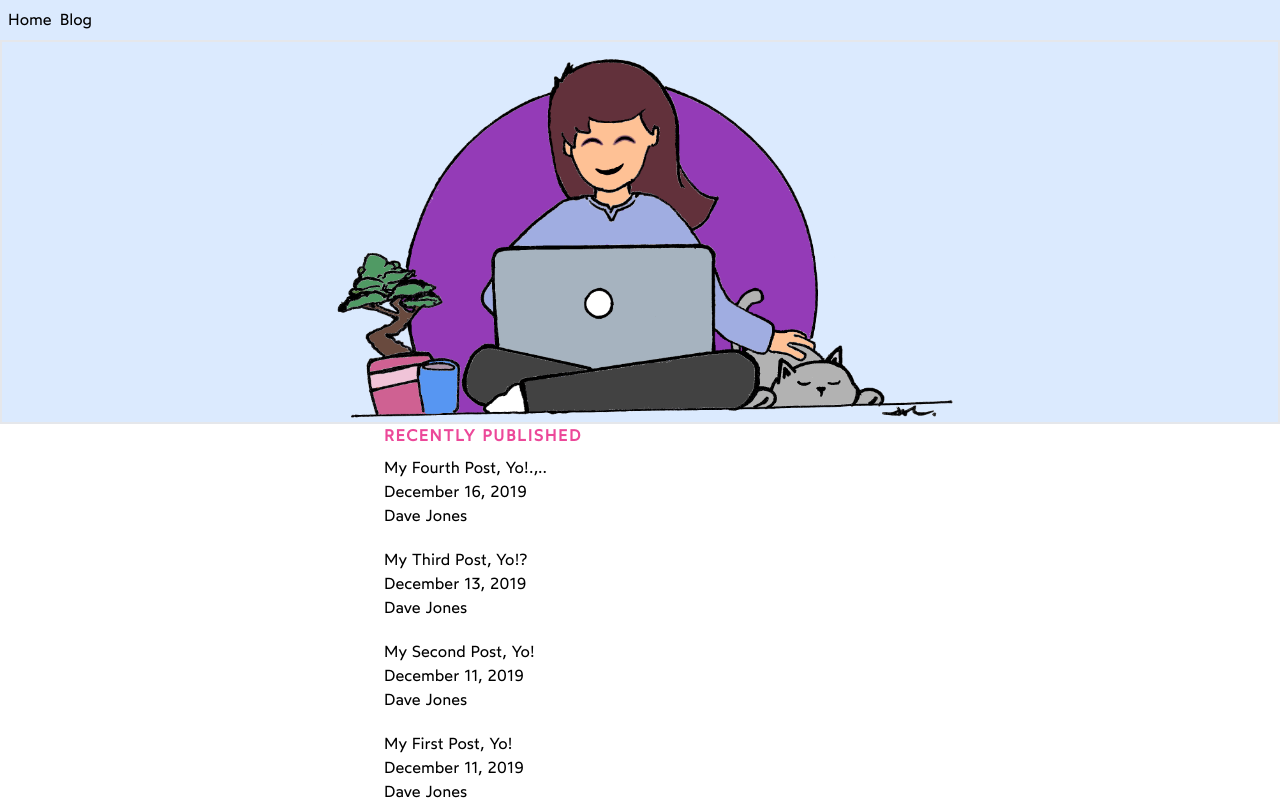
Repository: Risclover/markdown-blog
Page: /
These files come from the project's save history. The page is drawn as it stood at one moment and after the next save; the edit follows.
The browser window is 1280 px wide. The pictures show the whole page.
The project was rebuilt for these pictures with package versions that can differ from the ones it lists, and the page was loaded fresh each time.

Above is the page before, as saved 2023-06-28 12:08:58.

### src/index.js
import React from "react";
import ReactDOM from "react-dom/client";
import { BrowserRouter as Router } from "react-router-dom";
import "./fonts/wotfard-cufonfonts-webfont/style.css";

import "./index.css";
import App from "./App";

const root = ReactDOM.createRoot(document.getElementById("root"));
root.render(
  <Router>
    <App />
  </Router>
);

### src/fonts/wotfard-cufonfonts-webfont/style.css
/* #### Generated By: http://www.cufonfonts.com #### */

    @font-face {
    font-family: 'Wotfard Regular';
    font-style: normal;
    font-weight: normal;
    src: local('Wotfard Regular'), url('Wotfard-Regular.woff') format('woff');
    }

### src/index.css
*,
*::before,
*::after {
  box-sizing: border-box;
}
* {
  margin: 0;
}
body {
  line-height: 1.5;
  min-height: 100vh;
  -webkit-font-smoothing: antialiased;
}
img,
picture,
video,
canvas,
svg {
  display: block;
  max-width: 100%;
}
input,
button,
textarea,
select {
  font: inherit;
}
p,
h1,
h2,
h3,
h4,
h5,
h6 {
  overflow-wrap: break-word;
}
#root,
#__next {
  isolation: isolate;
}

### src/App.js
import "./App.css";
import { Route, Routes } from "react-router-dom";
import Home from "./pages/Home";
import NavBar from "./components/NavBar";
import Header from "./components/Header";
import HomeHeader from "./components/HomeHeader";

function App() {
  return (
    <div className="bg-white-100 min-h-screen">
      <Header>
        <NavBar />
        <HomeHeader />
      </Header>
      <div className="max-w-screen-lg m-auto">
        <Routes>
          <Route path="/" element={<Home />} />
        </Routes>
      </div>
    </div>
  );
}

export default App;

### src/pages/Home.js
import React, { useEffect } from "react";
import postList from "../posts.json";
import HomeHeader from "../components/HomeHeader";

export default function Home() {
  console.log(postList);

  postList.sort((a, b) => {
    let aPost = a.timestamp;
    let bPost = b.timestamp;

    return bPost - aPost;
  });

  return (
    <div className="container max-w-lg font-sans mx-auto border-black-4">
      <h2 className="uppercase text-base font-semibold tracking-widest text-pink-500">
        Recently Published
      </h2>
      <div className="grid grid-cols-1 gap-1 grid-flow-row ">
        {postList.map((post) => (
          <div key={post.id} className="container py-2 bg-white">
            <div>{post.title}</div>
            <div>{post.date}</div>
            <div>{post.author}</div>
          </div>
        ))}
      </div>
    </div>
  );
}

### src/components/NavBar.js
import React from "react";

export default function NavBar() {
  return (
    <div className="py-2">
      <ul className="flex">
        <li className="mx-2">Home</li>
        <li>Blog</li>
      </ul>
    </div>
  );
}

### src/components/Header.js
import React from "react";

export default function Header({ children }) {
  return <header className="w-full bg-blue-100">{children}</header>;
}

### src/components/HomeHeader.js
import React from "react";
import Avatar from "../images/avatar.png";
export default function HomeHeader() {
  return (
    <div className="h-96 bg-blue-100 flex flex-col justify-end border-2 border-red">
      <div>
        <img className="w-1/2 m-auto border-black-4" src={Avatar} />
      </div>
    </div>
  );
}

### src/posts.json
[{"id":4,"title":"My Third Post, Yo!?","subtitle":"No subtitle given","description":"No description given","author":"Dave Jones","date":"December 13, 2019","timestamp":1576224000,"content":"\nWelcome to My Blog. _It's a beautiful thing._ I hope you'll have as much fun reading my posts as I have writing them. Well, before we go any further, allow me to introduce myself. I'm Dave Jones. I'm 34, and from Montreal, Canada.\n"},{"id":3,"title":"My Second Post, Yo!","subtitle":"No subtitle given","description":"No description given","author":"Dave Jones","date":"December 11, 2019","timestamp":1576051200,"content":"\nWelcome to My Blog. _It's a beautiful thing._ I hope you'll have as much fun reading my posts as I have writing them. Well, before we go any further, allow me to introduce myself. I'm Dave Jones. I'm 34, and from Montreal, Canada.\n"},{"id":2,"title":"My Fourth Post, Yo!.,..","subtitle":"No subtitle given","description":"No description given","author":"Dave Jones","date":"December 16, 2019","timestamp":1576483200,"content":"\nWelcome to My Blog. _It's a beautiful thing._ I hope you'll have as much fun reading my posts as I have writing them. Well, before we go any further, allow me to introduce myself. I'm Dave Jones. I'm 34, and from Montreal, Canada.\n"},{"id":1,"title":"My First Post, Yo!","subtitle":"This is a subtitle.","description":"Happy Pride month! In this tutorial, I'll share a handful of my favourite animation tricks. You'll learn how to build an animated wavy pride flag using CSS keyframes and linear gradients. We'll also see how to make it dynamic using React. 🏳️‍🌈","author":"Dave Jones","date":"December 11, 2019","timestamp":1576051200,"content":"\nWelcome to My Blog. _It's a beautiful thing._ I hope you'll have as much fun reading my posts as I have writing them. Well, before we go any further, allow me to introduce myself. I'm Dave Jones. I'm 34, and from Montreal, Canada.\n"}]

### tailwind.config.js
/** @type {import('tailwindcss').Config} */
module.exports = {
  content: [
    "./app/**/*.{js,ts,jsx,tsx,mdx}",
    "./pages/**/*.{js,ts,jsx,tsx,mdx}",
    "./components/**/*.{js,ts,jsx,tsx,mdx}",

    // Or if using `src` directory:
    "./src/**/*.{js,ts,jsx,tsx,mdx}",
  ],
  theme: {
    fontFamily: {
      sans: ["Wotfard Regular", "sans-serif"],
    },
    extend: {},
  },
  plugins: [],
};

Loaded but not shown: public/index.html (common file); src/App.css (common file)

After the next save:
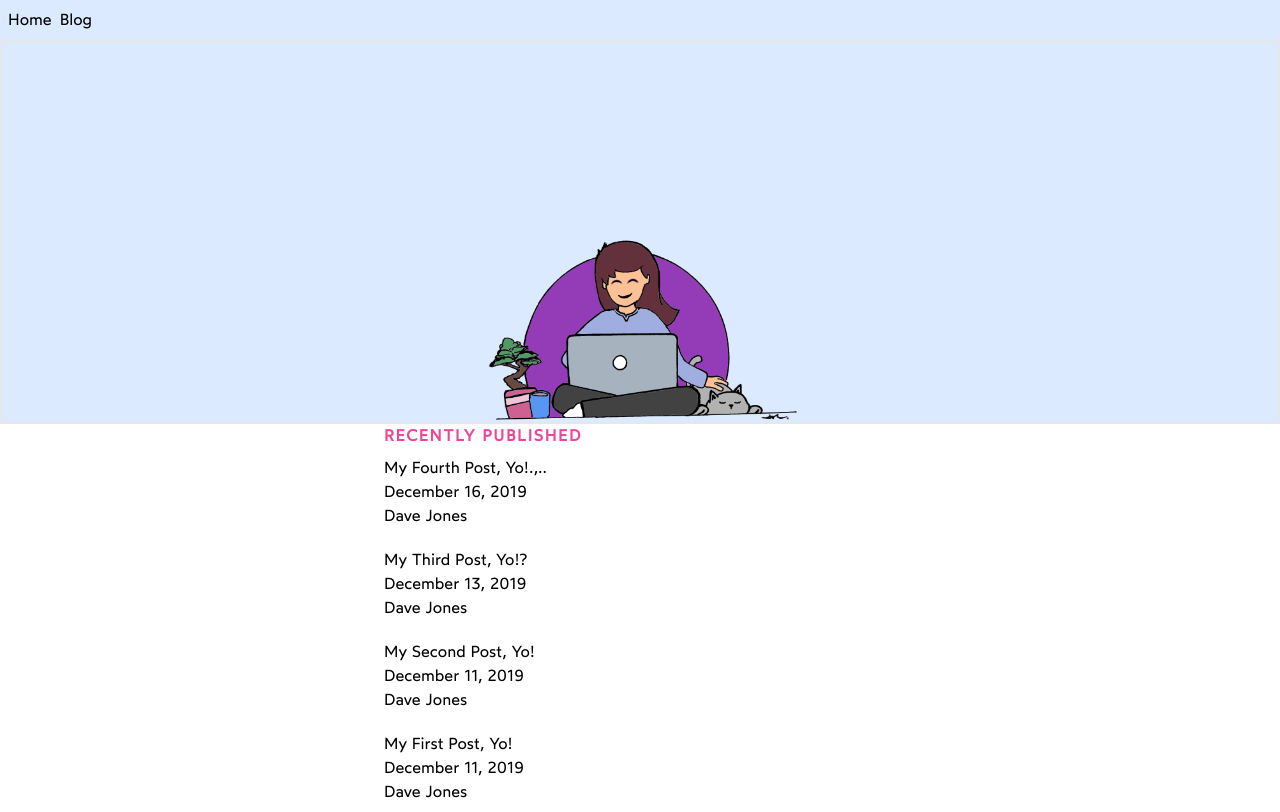
Saved 7 s later.
--- a/src/components/HomeHeader.js
+++ b/src/components/HomeHeader.js
@@ -4,7 +4,7 @@ export default function HomeHeader() {
   return (
     <div className="h-96 bg-blue-100 flex flex-col justify-end border-2 border-red">
       <div>
-        <img className="w-1/2 m-auto border-black-4" src={Avatar} />
+        <img className="w-1/4 m-auto border-black-4" src={Avatar} />
       </div>
     </div>
   );
